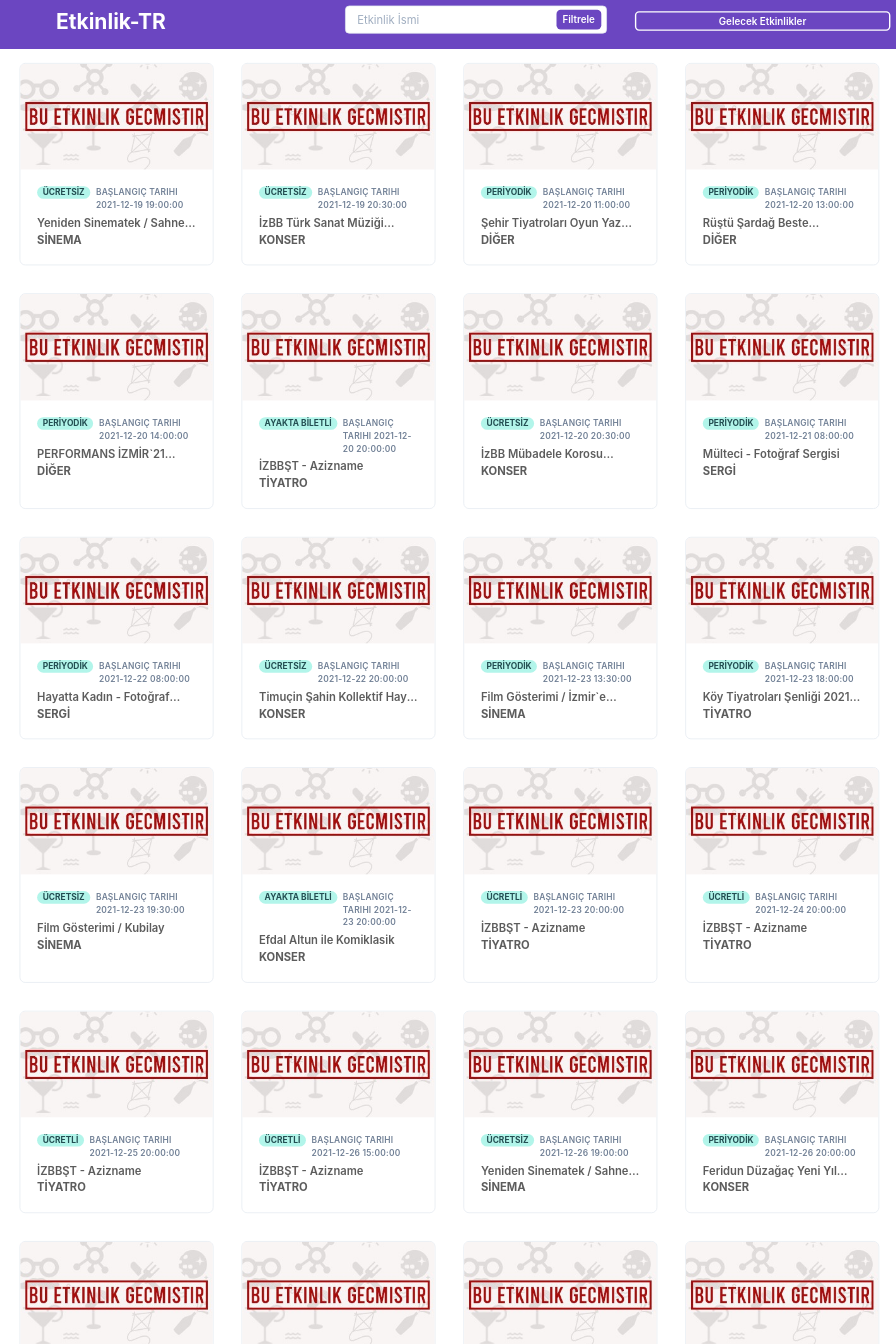
Repository: adnanyagmur/EtsTur-FrontEnd-Hiring-Challange
Page: /gecmisEtkinlikler
An editor plug-in stored every save of this project. The page is shown before and after the next save, followed by the edit.
The browser window is 1280 px wide. The pictures show the part of the page from y = 0 to 1920 px (the page is 25889 px tall), at 70% of full size.
The project was rebuilt for these pictures with package versions that can differ from the ones it lists, and the page was loaded fresh each time. Also part of the build but not shown: src/index.css, src/components/detailPage/rotaCalculate/Calculate.js, src/components/detailPage/addressMap/AdrsMap.jsx, src/components/detailPage/DetailPage.jsx, src/components/eventList/EventList.jsx, src/components/hompage/HomePage.jsx.

Above is the page before, as saved 2022-06-22 16:08:15.

After the next save:
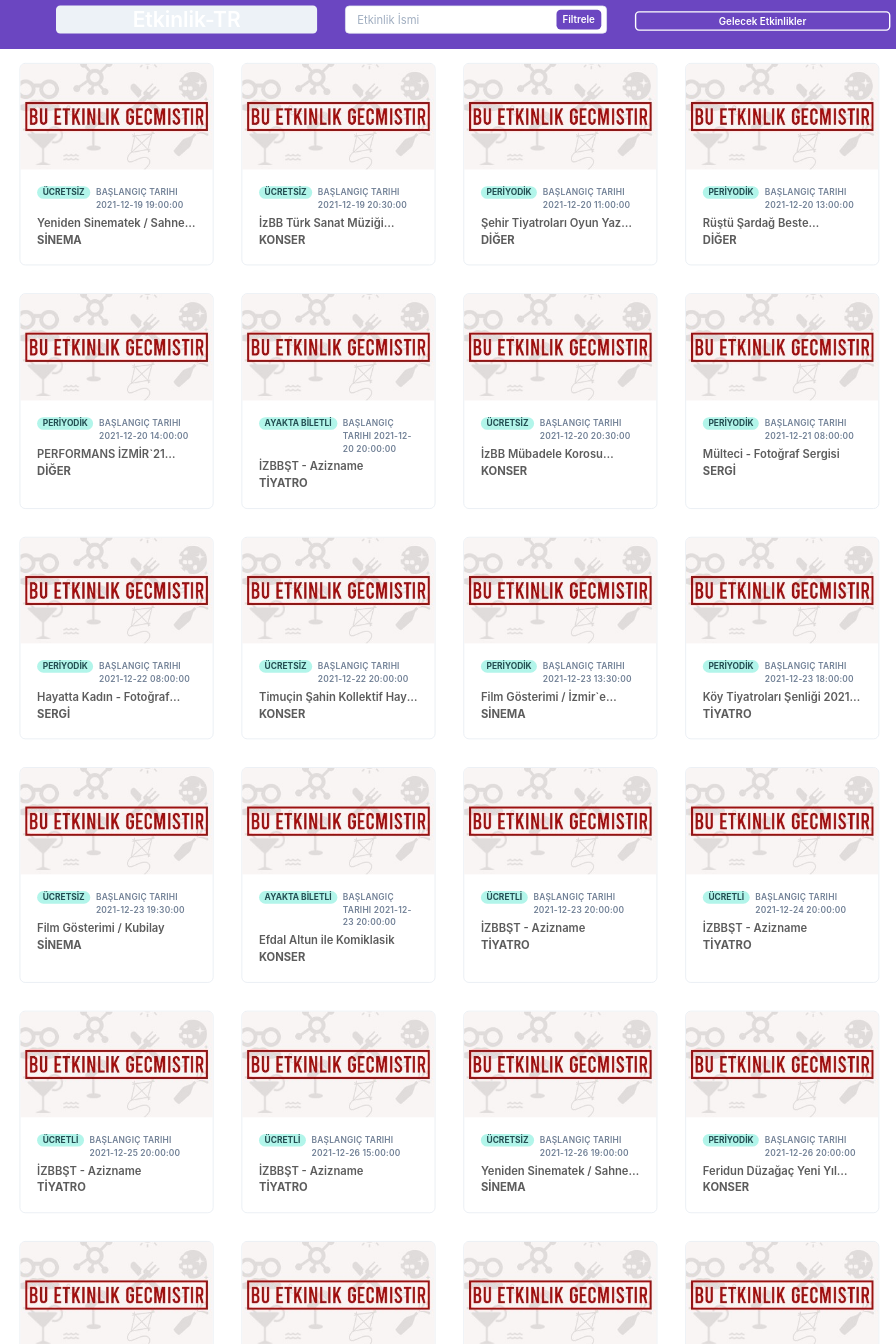
Saved 21 s later.
--- a/src/components/pastEventList/PastList.jsx
+++ b/src/components/pastEventList/PastList.jsx
@@ -30,7 +30,7 @@
 >
   <GridItem pt='2' pl='80px' bg='purple.600' color='white' area={'header'}>
   <SimpleGrid columns={[null,3]} spacing='40px'>
-  <Text to="/" as='span'  fontSize='3xl' >Etkinlik-TR</Text>
+ <Button> <Text to="/" as='span'  fontSize='3xl' >Etkinlik-TR</Text> </Button>
   <InputGroup as='span'  size='md'>
       <Input
         pr='4.5rem'

After the save that followed:
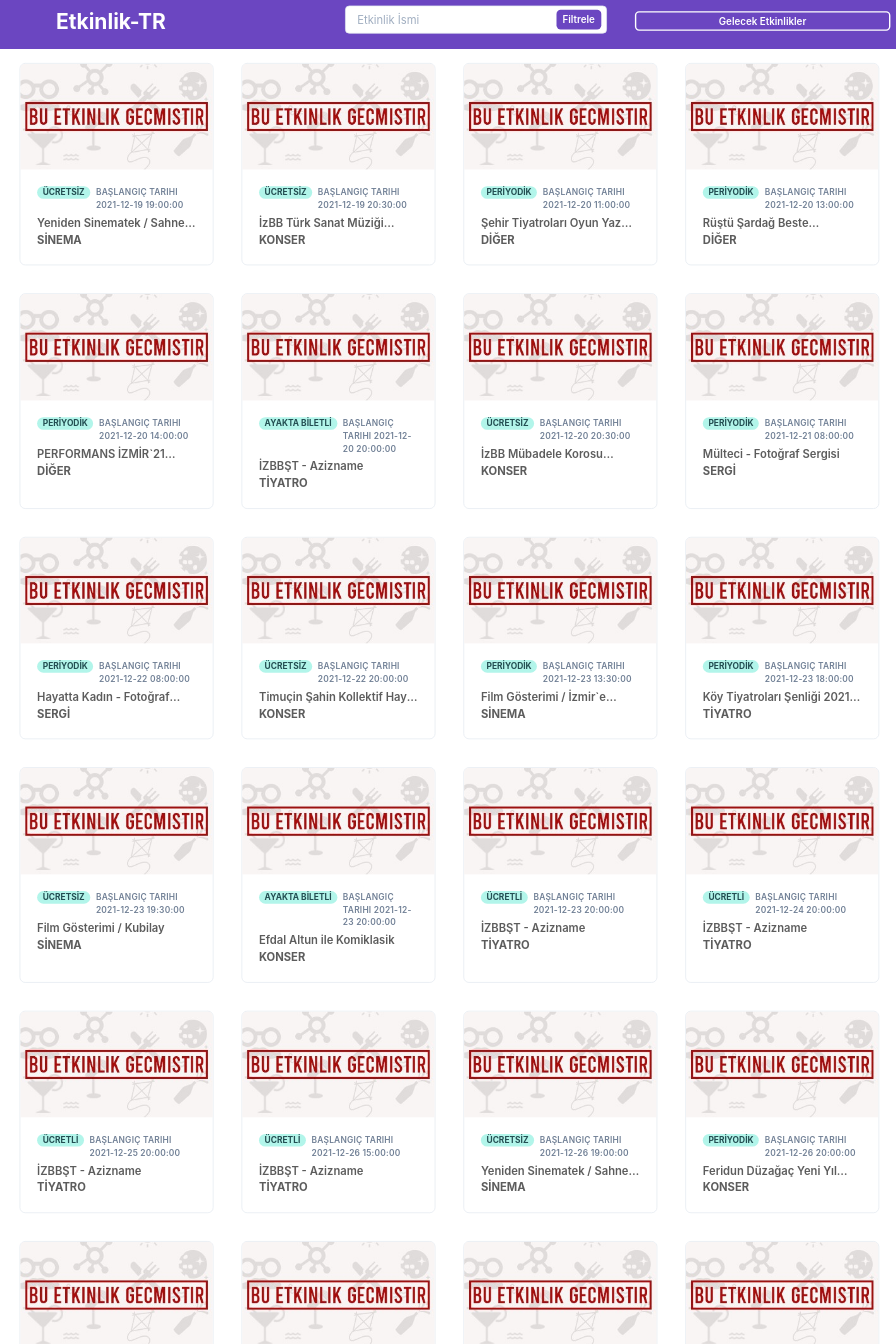
Saved 17 s later.
--- a/src/components/pastEventList/PastList.jsx
+++ b/src/components/pastEventList/PastList.jsx
@@ -30,7 +30,7 @@
 >
   <GridItem pt='2' pl='80px' bg='purple.600' color='white' area={'header'}>
   <SimpleGrid columns={[null,3]} spacing='40px'>
- <Button> <Text to="/" as='span'  fontSize='3xl' >Etkinlik-TR</Text> </Button>
+  <Text to="/" as='span'  fontSize='3xl' >Etkinlik-TR</Text>
   <InputGroup as='span'  size='md'>
       <Input
         pr='4.5rem'
